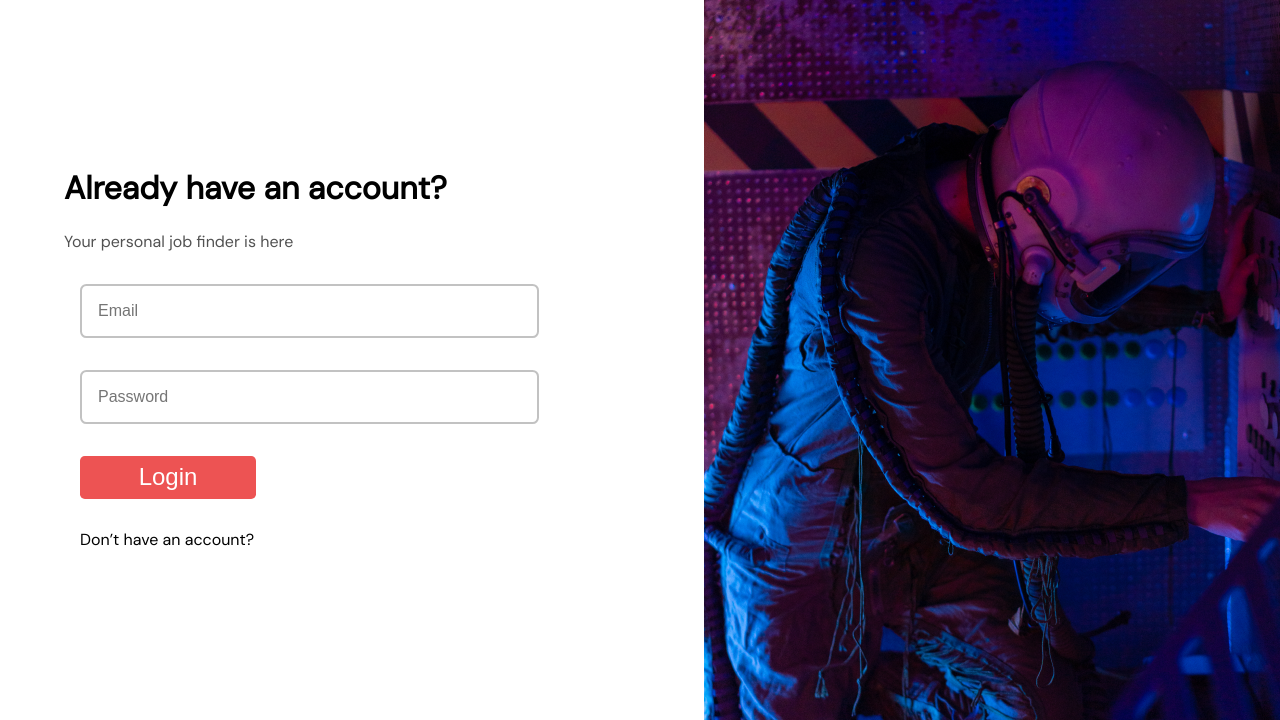
Repository: drumsmanku/node-capstone-project-1
Page: /login (app in client/)
An editor plug-in stored every save of this project. The page is shown before and after the next save, followed by the edit.
The browser window is 1280 px wide. The pictures show the whole page.
The project was rebuilt for these pictures with package versions that can differ from the ones it lists, and the page was loaded fresh each time. Also part of the build but not shown: client/src/components/Register.js, client/src/components/AddJob.js, client/src/components/Success.js, client/src/components/JobMainPage.js, client/src/components/EditJob.js, client/src/components/JobDetails.css, client/src/components/JobDetails.js, client/src/components/FailedLogin.js and 1 more.

Above is the page before, as saved 2023-07-23 19:12:24.

After the next save:
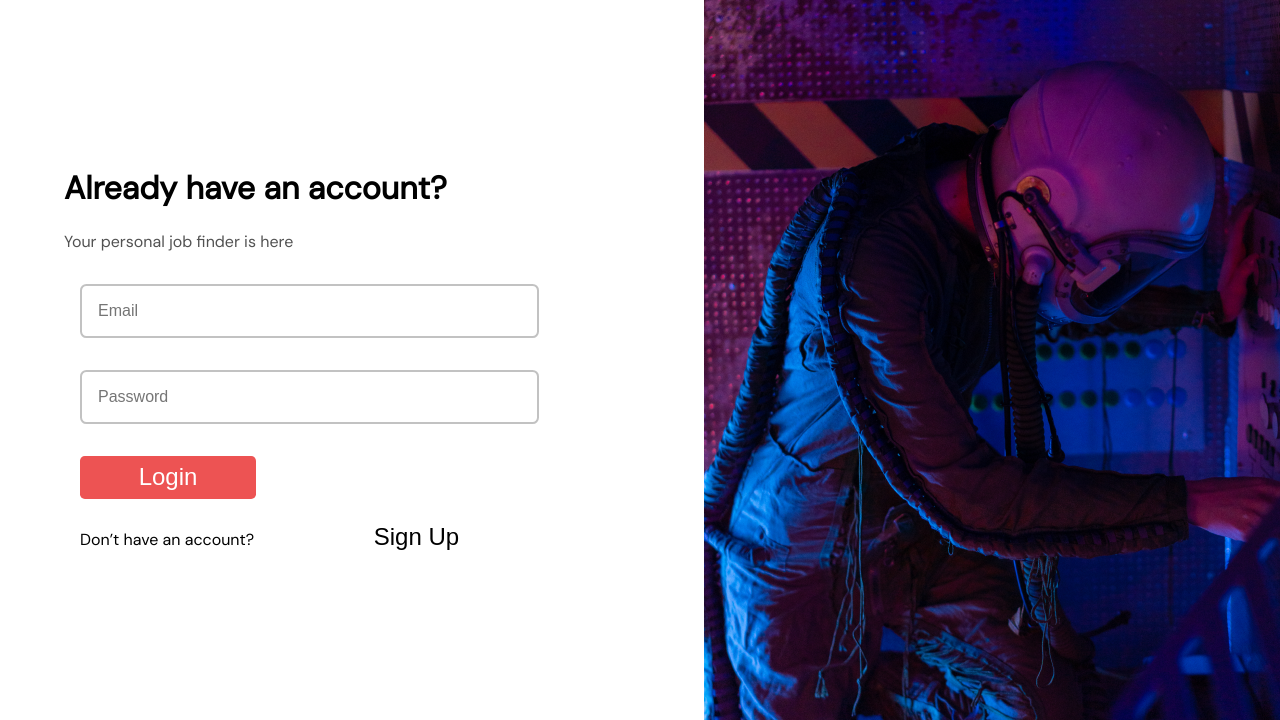
Saved 13 s later.
--- a/client/src/components/Login.js
+++ b/client/src/components/Login.js
@@ -53,7 +53,7 @@ function Login() {
 
           </div>
           <button type='submit' style={{cursor:'pointer'}} onClick={login} >Login</button>
-          <span style={{marginLeft:'5rem'}}>Don’t have an account? <button style={{background:'none', color:'white'}} onClick={()=>{navigate('/register')}}>Sign Up</button></span>
+          <span style={{marginLeft:'5rem'}}>Don’t have an account? <button style={{background:'none', color:'black'}} onClick={()=>{navigate('/register')}}>Sign Up</button></span>
         </form>
       </div>
       <div className='login-right-container' style={{backgroundImage:`url(${img1})`}}></div>
